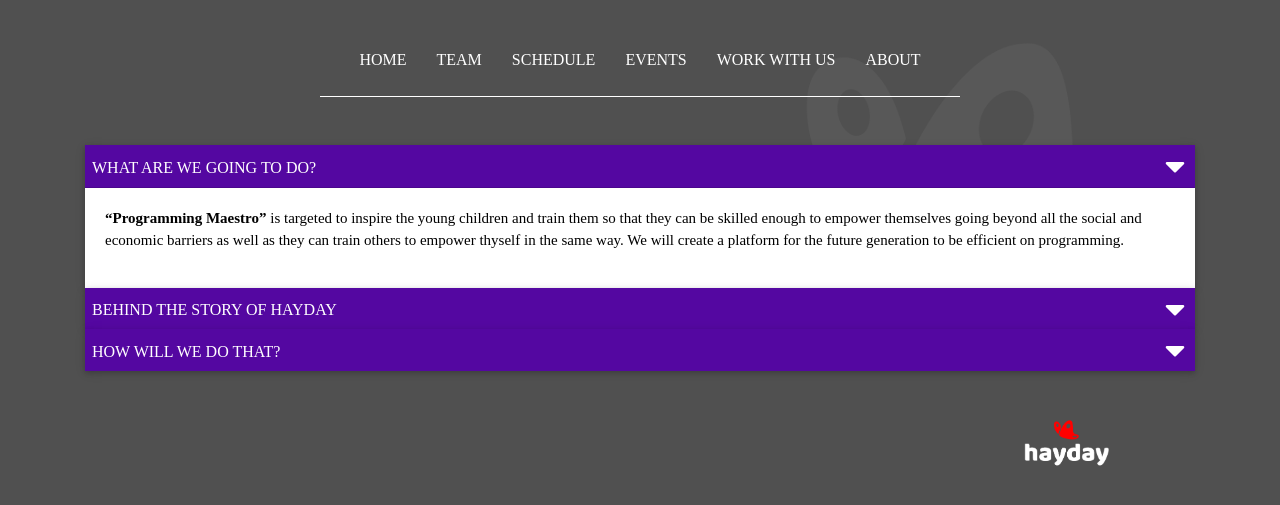
Repository: im1971/company-web
Page: about.html
The author's editor kept a copy of each file at every save. The page is drawn from the files as they stood at one save, then again after the next save.
The browser window is 1280 px wide. The pictures show the whole page.
Some web fonts or font styles are not loaded; a fallback is used.

Above is the page before, as saved 2020-02-08 10:14:48.

### about.html
<!DOCTYPE html>
<html>

<head>
    <meta charset="utf-8">
    <meta name="viewport" content="width=device-width, initial-scale=1">
    <title>hayday</title>
    <link rel="shortcut icon" type="img/x-icon" href="img/fav.png" />
    <link rel="stylesheet" href="css/mdb.min.css">
    <link rel="stylesheet" href="css/bootstrap.min.css">
    <link rel="stylesheet" href="css/fontawesome.min.css">
    <link rel="stylesheet" href="css/all.min.css">
    <link rel="stylesheet" href="css/style.css">
    <!-- fonts -->
    <link href="https://fonts.googleapis.com/css?family=Baloo+Bhai&display=swap" rel="stylesheet">
    <!-- fonts -->

</head>

<body>

    <div class="wrap_hayday">
        <div class="back_img"></div>
        <div class="container-fluid">
            <div class="row justify-content-center pb-5">
                <div class="col-md-12">
                    <nav class="navbar navbar-expand-lg">
                        <button class="navbar-toggler" type="button" data-toggle="collapse" data-target="#navbarSupportedContent" aria-controls="navbarSupportedContent" aria-expanded="false" aria-label="Toggle navigation">
                            <i class="fas fa-bars"></i>
                        </button>

                        <div class="collapse navbar-collapse" id="navbarSupportedContent">

                            <ul class="navbar-nav m-auto text-uppercase">
                                <li class="nav-item active">
                                    <a class="nav-link" href="index.html">Home</a>
                                </li>
                                <li class="nav-item">
                                    <a class="nav-link" href="team.html">Team</a>
                                </li>
                                <li class="nav-item">
                                    <a class="nav-link" href="schedule.html">SCHEDULE</a>
                                </li>
                                <li class="nav-item">
                                    <a class="nav-link" href="event.html">Events</a>
                                </li>
                                <li class="nav-item">
                                    <a class="nav-link" href="workWithUs.html">Work With us</a>
                                </li>
                                <li class="nav-item">
                                    <a class="nav-link" href="about.html">About</a>
                                </li>
                            </ul>
                        </div>
                    </nav>
                </div>
                <div class="col-md-6 border_deco pt-3"></div>
            </div>
            <div class="container">
                <div class="row justify-content-center">
                    <div class="col-md-12">
                        <div class="accordion" id="accordionExample">
                            <div class="card">
                                <div class="card-header collapsed" id="headingTwo" data-toggle="collapse" data-target="#collapseTwo" aria-expanded="false" aria-controls="collapseTwo">
                                    <h2 class="mb-0 ">
                                        <button class="btn btn-link" type="button">
                                            what are we going to do?
                                  </button>
                                        <i class="fas fa-caret-down"></i>
                                    </h2>
                                </div>
                                <div id="collapseTwo" class="collapse show" aria-labelledby="headingTwo" data-parent="#accordionExample">
                                    <div class="card-body">
                                        <p>
                                            <b>“Programming Maestro”</b> is targeted to inspire the young children and train them so that they can be skilled enough to empower themselves going beyond all the social and economic barriers as well as they
                                            can train others to empower thyself in the same way. We will create a platform for the future generation to be efficient on programming.
                                        </p>
                                    </div>
                                </div>
                            </div>
                            <div class="card">
                                <div class="card-header" id="headingOne" data-toggle="collapse" data-target="#collapseOne" aria-expanded="false" aria-controls="collapseOne">
                                    <h2 class="mb-0  ">
                                        <button class="btn btn-link" type="button">
                                            Behind the Story of hayday
                                  </button>
                                        <i class="fas fa-caret-down"></i>
                                    </h2>
                                </div>

                                <div id="collapseOne" class="collapse" aria-labelledby="headingOne" data-parent="#accordionExample">
                                    <div class="card-body">
                                        <p>
                                            The world is racing towards the 5th generation of technological development. The people has to adopt new technologies as well as new techniques to keep pace with the current wave of development. This craving for technological development requires a very
                                            skilled and hardworking manpower to accelerate the process. Moreover, the traditional jobs are not sufficient to fulfil the economic sovereignty.
                                        </p>
                                        <p>
                                            The ILO (International Labour Organization) expresses its concern over high youth unemployment rate. The ILO says, one in five young people under 25 are jobless and have no skills. It warns the compromises of the future employment prospects.
                                        </p>
                                        <p>
                                            If a developing country like Bangladesh wants to embrace the economic autarky, it’s high time to emancipate fledglings of its population by emphasizing on technological competency. The “Programming Maestro” is an initiative to encourage young people and
                                            children in programming as well as in technological competencies.
                                        </p>
                                    </div>
                                </div>
                            </div>
                            <div class="card">
                                <div class="card-header" id="headingThree" data-toggle="collapse" data-target="#collapseThree" aria-expanded="false" aria-controls="collapseThree">
                                    <h2 class="mb-0 ">
                                        <button class="btn btn-link collapsed" type="button">
                                            How will we do that?
                                  </button>
                                        <i class="fas fa-caret-down"></i>
                                    </h2>
                                </div>
                                <div id="collapseThree" class="collapse" aria-labelledby="headingThree" data-parent="#accordionExample">
                                    <div class="card-body">
                                        <p>
                                            Programming is a universal language that requires continuous effort and practice to be an expert programmer besides having some basic knowledge and that makes it unique.
                                        </p>
                                        <p>
                                            We have segregated the whole learning process into 2 basic steps that involves-
                                        </p>
                                        <div class="m-4">
                                            <h4 class="mb-0">
                                                1. Learn the basic knowledge of programming
                                            </h4>
                                            <h4 class="mb-0">
                                                2. Continuous practice
                                            </h4>
                                        </div>
                                        <p class="mb-5">
                                            These two steps are very much continuing and interconnected. We will follow a series of activities to properly execute the steps.
                                        </p>
                                        <h4>
                                            First step: Learn the basic knowledge of programming
                                        </h4>
                                        <p class="ml-4">
                                            1. Future Coder Selection <br> 2. Train the Future Coder<br> 3. Programming Maestro Selection<br> 4. Final Coding Challenge

                                        </p>
                                        <p>
                                            <b>At first,</b> we will run campaigns in schools and colleges to make the children be acquainted with the useful aspects of computer programming we will convince them and its make them understandable to it’s
                                            benefits.
                                        </p>
                                        <p>
                                            <b>Secondly,</b> we will conduct a test called "Future Coder Selection". Through this test, we will see who really wants to learn and who is capable to learn "Computer Programming."
                                        </p>
                                        <p>
                                            <b>Third,</b> we will select 200 students from the above test. We will train these 20 people about "Computer Programming" for six days (four hours per day) through an event called "Future Coder". we will teach
                                            them practically what "Computer Programming" is and why we should do it.
                                        </p>
                                        <p>
                                            Fourth, we will select 20 "Programming Maestro" from these 200 students depending on the examination and understanding. We will organize a "Programming Competition" by dividing them into 7 groups.
                                        </p>
                                        <p>
                                            <b>In the end,</b> just these 6 days of training are not enough to teach "Computer Programming." Therefore, we will set up an institute with sophisticated computer and technology where the children can learn
                                            free "Computer Programming" for 6 days in a week.
                                        </p>
                                        <h4 class="mt-3">
                                            Second step: Continuous Practice
                                        </h4>
                                        <p>
                                            In the second step, we will launch a programming lab with latest digital facilities for practice programming regularly. Where students will be able to learn basic to advanced level programming. Where the topper from the national and international programming
                                            competition will play the role of teachers.
                                        </p>
                                        <p class="text-center classroom m-5">
                                            <img src="img/lab.jpg" alt="">
                                        </p>
                                    </div>
                                </div>
                            </div>
                        </div>
                    </div>
                </div>
            </div>
            <div class="row justify-content-end my-5">
                <div class="col-md-4 m-autp">
                    <div class="middle_body">
                        <div class="logo">
                            <img src="img/logo.png" alt="" style="height: 50px">
                        </div>
                        <!-- <p>Read about our Inspiration</p> -->
                    </div>
                </div>
            </div>
        </div>
    </div>
    </div>



    <!-- <script src="https://code.jquery.com/jquery-3.4.1.slim.min.js" integrity="sha384-J6qa4849blE2+poT4WnyKhv5vZF5SrPo0iEjwBvKU7imGFAV0wwj1yYfoRSJoZ+n" crossorigin="anonymous"></script>
    <script src="https://cdn.jsdelivr.net/npm/popper.js@1.16.0/dist/umd/popper.min.js" integrity="sha384-Q6E9RHvbIyZFJoft+2mJbHaEWldlvI9IOYy5n3zV9zzTtmI3UksdQRVvoxMfooAo" crossorigin="anonymous"></script>
    <script src="https://stackpath.bootstrapcdn.com/bootstrap/4.4.1/js/bootstrap.min.js" integrity="sha384-wfSDF2E50Y2D1uUdj0O3uMBJnjuUD4Ih7YwaYd1iqfktj0Uod8GCExl3Og8ifwB6" crossorigin="anonymous"></script> -->

    <script type="text/javascript" src="js/jquery.min.js"></script>
    <!-- Bootstrap tooltips -->
    <script type="text/javascript" src="js/popper.min.js"></script>
    <!-- Bootstrap core JavaScript -->
    <script type="text/javascript" src="js/bootstrap.min.js"></script>
    <!-- MDB core JavaScript -->
    <script type="text/javascript" src="js/mdb.min.js"></script>


</body>

</html>

### css/style.css
body {
    padding: 0;
    margin: 0;
    /* background: #5407A1; */
    background: #505050;
    color: #fff !important;
    font-family: 'Baloo Bhai', cursive;
    position: relative;
}


/* global */

html {
    overflow: scroll;
    overflow-x: hidden;
}

::-webkit-scrollbar {
    width: 0px;
    background: transparent;
}


/* Optional: show position indicator in red */

::-webkit-scrollbar-thumb {
    background: #FF0000;
}


/* global */

.back_img {
    background-image: url(../img/back.png);
    height: 350px;
    width: 600px;
    position: absolute;
    background-position: center center;
    background-size: cover;
    opacity: 5%;
    /* top: 30%; */
    right: 0;
}


/* header */

.wrap_hayday .nav-link::after {
    content: '';
    position: absolute;
    width: 100%;
    height: 1px;
    bottom: 0;
    left: 0;
    background-color: #E2061B;
    transform: scaleX(0);
    /* transform-origin: bottom right; */
    transition: transform 0.3s;
}

.wrap_hayday .nav-link:hover::after {
    /* transform-origin: bottom left; */
    transform: scaleX(1);
}

.wrap_hayday .navbar {
    box-shadow: none;
}

.wrap_hayday .container-fluid {
    min-height: 100vh;
}

.wrap_hayday nav .nav-link {
    padding-right: 15px !important;
    padding-left: 15px !important;
    color: #fff;
    font-family: 'Baloo Bhai', cursive;
}

.wrap_hayday .border_deco {
    border-bottom: .25px solid #fff;
}

.wrap_hayday nav .nav-link:hover {
    color: #FF0000;
    transition-duration: 0.5s;
}

.wrap_hayday .navbar {
    padding: 40px;
    padding-bottom: 0;
}


/* header */


/* middle body */

.wrap_hayday .middle_body_height {
    height: 40vh;
}

.wrap_hayday .middle_body {
    text-align: center;
}

.wrap_hayday .middle_body .logo img {
    height: 100px;
}

.wrap_hayday .others_page_middle {
    text-align: center;
    position: absolute;
    right: 30px;
    bottom: 0;
}

.wrap_hayday .others_page_middle img {
    height: 70px;
}


/* middle body */


/* footer-body */

.myprogress {
    min-width: 100%;
    margin: 0px auto;
    text-align: center;
}

.myprogress .circle {
    display: inline-block;
    background: #fff;
    width: 50px;
    height: 50px;
    border-radius: 80px;
    border: 1px solid #d5d5da;
    cursor: pointer;
}

.myprogress .circle:hover {
    background: #FF0000;
    color: #5407A1;
    transition-duration: 0.5s;
}

.myprogress .bar {
    position: relative;
    width: 100px;
    padding-right: 15px;
    font-family: none;
}

.myprogress .circle .label {
    display: inline-block;
    width: 40px;
    height: 40px;
    line-height: 30px;
    border-radius: 40px;
    font-size: 24px;
}

.myprogress .circle .title {
    color: #5407A1;
    font-size: 24px;
    line-height: 50px;
    cursor: pointer;
}

.myprogress .circle .title:hover {
    color: #fff;
}

.myprogress i {
    font-size: 11px;
}

.abc {
    animation: pulse 1s infinite;
    color: #FF0000;
}

.pulse {
    -webkit-animation-duration: 3s;
    -webkit-animation-delay: 2s;
    -webkit-animation-iteration-count: 5;
}

@-webkit-keyframes scroll {
    0% {
        -webkit-transform: translateX(0);
        transform: translateX(0);
    }
    100% {
        -webkit-transform: translateX(calc(-250px * 7));
        transform: translateX(calc(-250px * 7));
    }
}

@keyframes scroll {
    0% {
        -webkit-transform: translateX(0);
        transform: translateX(0);
    }
    100% {
        -webkit-transform: translateX(calc(-250px * 7));
        transform: translateX(calc(-250px * 7));
    }
}

.slider {
    /* background: white; */
    /* box-shadow: 0 10px 20px -5px rgba(0, 0, 0, 0.125); */
    /* height: 100px; */
    margin: auto;
    overflow: hidden;
    position: relative;
    width: 960px;
}

.slider::before,
.slider::after {
    /* background: -webkit-gradient(linear, left top, right top, from(white), to(rgba(255, 255, 255, 0))); */
    /* background: linear-gradient(to right, white 0%, rgba(255, 255, 255, 0) 100%); */
    content: "";
    height: 100px;
    position: absolute;
    width: 200px;
    z-index: 2;
}

.slider::after {
    right: 0;
    top: 0;
    -webkit-transform: rotateZ(180deg);
    transform: rotateZ(180deg);
}

.slider::before {
    left: 0;
    top: 0;
}

.slider .slide-track {
    -webkit-animation: scroll 40s linear infinite;
    animation: scroll 40s linear infinite;
    display: -webkit-box;
    display: flex;
    width: calc(250px * 14);
}

.slider .slide {
    /* height: 100px; */
    /* width: 200px; */
    padding-right: 40px;
}

.sponsor_slider {
    position: absolute;
    bottom: 20px;
}


/* footer-body */


/* about hayday */

.accordion .card-header {
    padding: 0;
    background: #5407A1;
    margin-bottom: 0;
    cursor: pointer;
}

.accordion .card-header .btn-link {
    color: #fff;
    padding: 0;
}

.accordion .card {
    border: none;
    border-radius: 0;
}

.accordion i {
    position: absolute;
    right: 10px;
    top: 5px;
}

.accordion p {
    color: #000;
    font-family: serif;
    font-size: 15px;
}

.accordion h4 {
    color: #000;
    font-family: serif;
    font-weight: 700 !important;
    font-size: 22px;
}


/* about hayday */


/* work with us */

.outreach table.table th,
table.table td {
    padding: 3px 20px;
    color: #fff;
    border: none;
    font-family: auto;
}


/* work with us */


/* team */

.team .grid {
    padding-left: 0;
    padding-right: 0;
}

.team .team_image {
    background-image: url(../img/team/team-back.jpg);
    height: 600px;
    background-position: center center;
    background-size: cover;
}

.team .custom_hr {
    border-top: 3px solid #fff !important;
    width: 10% !important;
}

.team img {
    border-radius: 50%;
    margin: auto;
    border: 3px solid #dcdcdc;
}

.team .team_managemt img {
    height: 300px;
    width: 300px;
}

.team .team_volounteer img {
    height: 200px;
    width: 200px;
}

.team .wrap_team {
    display: flex;
    flex-direction: column;
    font-family: auto;
}


/* team */

.sponsor_footer p {
    font-family: auto;
    font-size: 14px;
}

.sponsor_footer p b {
    color: #FF0000;
}


/* events */

.event_wrap .title {
    font-family: auto;
}

.event_wrap .subtitle {
    font-family: auto;
}

.wrap_event {
    color: #fff;
    text-align: center;
    position: relative;
    font-family: auto;
    background: #9100ff3b;
}

.wrap_event .fas {
    font-size: 12px;
}

.slider_wrap .d-block {
    background-image: url(../img/team/team-back.jpg);
    height: 320px;
    background-position: center center;
    background-size: cover;
}

.slider_wrap .carousel-indicators {
    margin: 0;
    bottom: -15%;
}

.carousel .carousel-control-prev-icon {
    background-image: url("data:[embedded picture, 189 characters]")
}

.carousel .carousel-control-next-icon {
    background-image: url("data:[embedded picture, 190 characters]")
}

.carousel-control-next {
    right: -100px;
}

.carousel-control-prev {
    left: -100px;
}


/* calender */


/*
*
* ==========================================
* CUSTOM UTIL CLASSES
* ==========================================
*
*/

.clearfix::after,
.calendar ol::after {
    content: ".";
    display: block;
    height: 0;
    clear: both;
    visibility: hidden;
}


/* ================
Calendar Styling */

.calendar {
    border-radius: 10px;
    font-family: auto;
}

.calendar .target_date {
    height: 30px;
    width: 30px;
    position: absolute;
    border-radius: 50%;
    left: -6px;
    top: 1px;
    background: #fff;
    opacity: 0.3;
}

.month {
    font-size: 2rem;
}

.calendar ol li {
    float: left;
    width: 14.28571%;
}

.calendar .day-names {
    border-bottom: 1px solid #eee;
}

.calendar .day-names li {
    text-transform: uppercase;
    margin-bottom: 0.5rem;
}

.calendar .days li {
    border-bottom: 1px solid #eee;
    /* min-height: 8rem; */
}

.calendar .days li .date {
    margin: 0.25rem 0;
}

.calendar .days li .event {
    font-size: 0.75rem;
    padding: 0.4rem;
    color: white;
    white-space: nowrap;
    overflow: hidden;
    text-overflow: ellipsis;
    border-radius: 4rem;
    margin-bottom: 1px;
}

.calendar .days li .event.span-2 {
    width: 200%;
}

.calendar .days li .event.begin {
    border-radius: 1rem 0 0 1rem;
}

.calendar .days li .event.end {
    border-radius: 0 1rem 1rem 0;
}

.calendar .days li .event.clear {
    background: none;
}

.calendar .days li:nth-child(n+29) {
    border-bottom: none;
}

.calendar .days li.outside .date {
    color: #ddd;
}


/* calender */


/* timer */

#timer div {
    display: inline-block;
    line-height: 1;
    padding: 20px 40px 0 0;
    padding-bottom: 0;
    font-family: auto;
}

#timer span {
    display: block;
    font-size: 20px;
    color: white;
}

#timer #days,
#timer #hours,
#timer #minutes,
#timer #seconds {
    font-size: 50px;
}

#timer #seconds {
    font-size: 30px;
}


/* timer */


/* events */


/* media query */

@media (min-width: 1367px) {
    .sponsor_footer p {
        font-size: 18px;
        margin-top: 40px;
    }
    .outreach table.table th,
    table.table td,
    .accordion p,
    .myprogress .bar {
        font-size: 18px;
    }
    .outreach h4 {
        margin-top: 30px;
        margin-bottom: 20px;
    }
    .accordion .card-header .btn-link {
        font-size: 22px;
    }
    .accordion {
        margin-top: 30px;
    }
    .wrap_hayday .middle_body .logo img {
        height: 145px;
    }
    .wrap_hayday .middle_body p {
        font-size: 22px;
    }
    .wrap_hayday .step_command {
        font-family: auto;
        font-size: 22px;
    }
}

@media (max-width: 567px) {
    .wrap_hayday .navbar {
        padding: 20px 0 0;
    }
    .fa-bars {
        color: #fff !important;
    }
    .wrap_hayday .middle_body .logo img {
        height: 140px;
        margin-bottom: 28px;
    }
    .back_img {
        height: 150px;
        width: 200px;
    }
    .wrap_hayday .middle_body_height {
        height: 35vh;
    }
    .myprogress .circle {
        display: block;
        margin: auto;
        margin-top: 20px;
    }
    .myprogress .bar {
        padding-right: 0;
        font-family: none;
        font-size: 18px;
    }
    .team .team_image {
        height: 200px;
    }
    .team .custom_hr {
        width: 50% !important;
    }
    .team .team_managemt img {
        height: 150px;
        width: 150px;
    }
    .team .team_volounteer img {
        height: 120px;
        width: 120px;
    }
    .team .card-title {
        font-size: 26px;
    }
    .team .wrap_team {
        margin-bottom: 30px;
    }
    .sponsor_footer p {
        margin-bottom: 20px !important;
    }
    .calendar {
        padding-left: 0 !important;
        margin-top: 30px;
    }
    .event_wrap .title {
        font-size: 22px;
    }
    .event_wrap button {
        margin-bottom: 40px !important;
    }
    #timer #days,
    #timer #hours,
    #timer #minutes,
    #timer #seconds {
        font-size: 35px;
        margin: auto;
    }
    #timer span {
        font-size: 14px;
    }
    #timer div {
        padding: 0px 26px 0 0;
    }
    #timer {
        background: #8500ff82;
        display: flex;
        padding: 20px;
    }
    .classroom img {
        width: 150px;
    }
    .slider {
        width: 200px;
        padding-bottom: 20px;
    }
    .sponsor_slider {
        margin-top: 50px;
    }
}

Loaded but not shown: css/mdb.min.css (library); css/bootstrap.min.css (library); css/fontawesome.min.css (library); css/all.min.css (library); js/jquery.min.js (library); js/popper.min.js (library); js/bootstrap.min.js (library); js/mdb.min.js (library)

After the next save:
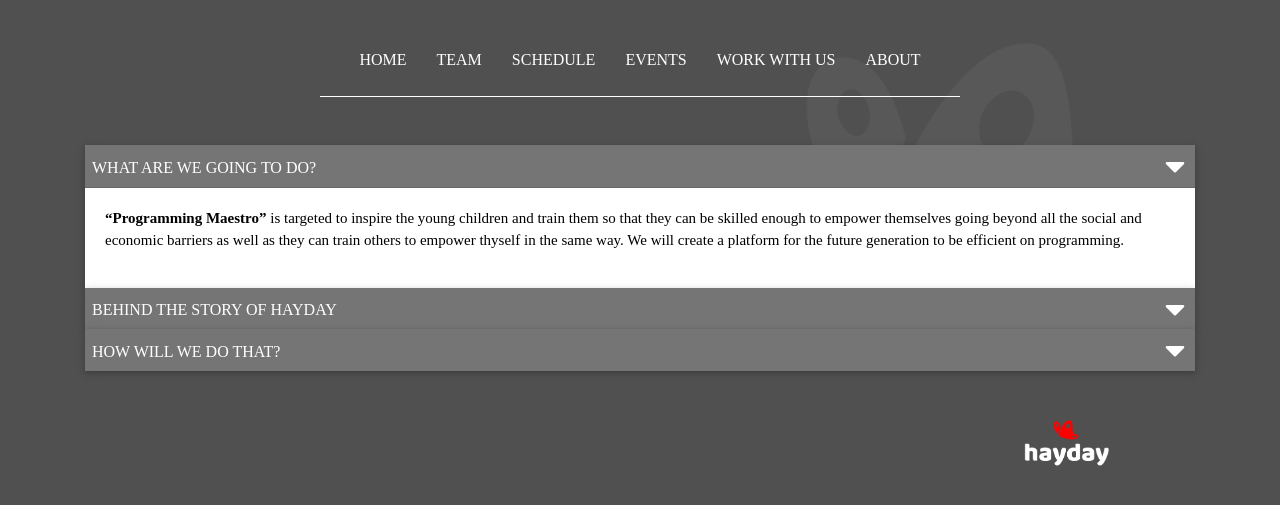
Saved 89 s later.
--- a/css/style.css
+++ b/css/style.css
@@ -274,7 +274,8 @@ html {
 
 .accordion .card-header {
     padding: 0;
-    background: #5407A1;
+    /* background: #5407A1; */
+    background: #757575;
     margin-bottom: 0;
     cursor: pointer;
 }
